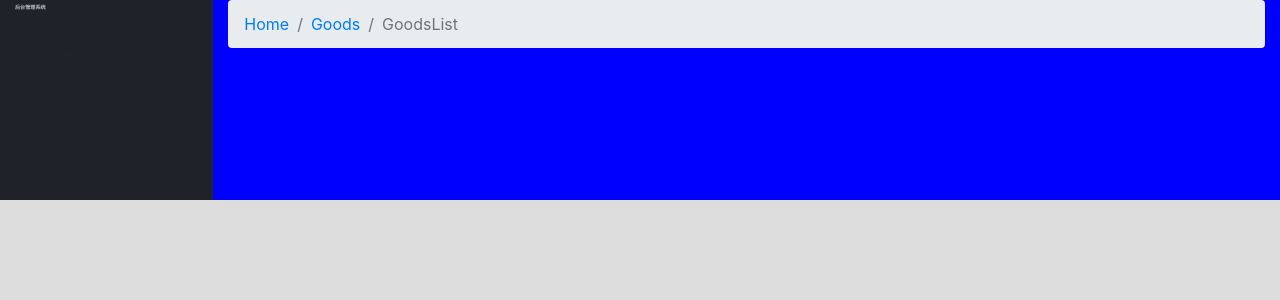
Repository: Rayfang0719/Vue-admin
Page: /admin/goods
The author's editor kept a copy of each file at every save. The page is drawn from the files as they stood at one save, then again after a run of saves.
The browser window is 1280 px wide. The pictures show the whole page.
The project was rebuilt for these pictures with package versions that can differ from the ones it lists, and the page was loaded fresh each time. Also part of the build but not shown: vue.config.js, src/pages/login.vue.

Above is the page before, as saved 2019-05-11 12:08:55.

After the next 2 saves:
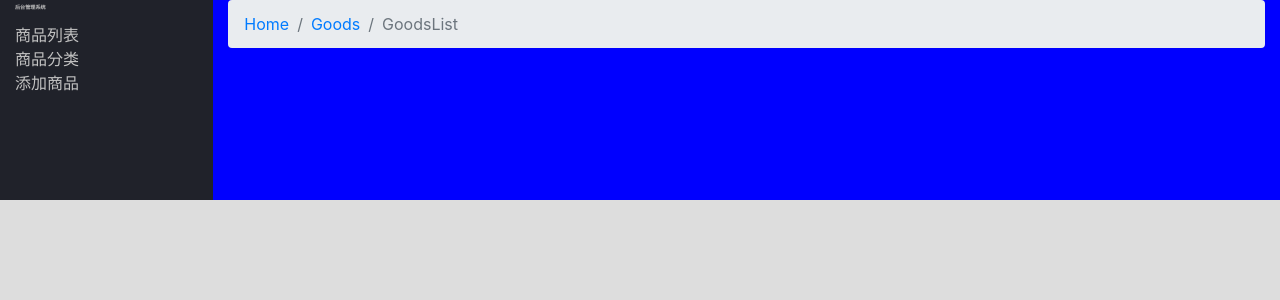
The 2 saves are shown as one change because they came seconds apart.
The last was saved 38 s later.
--- a/src/pages/admin/admin.vue
+++ b/src/pages/admin/admin.vue
@@ -35,11 +35,11 @@ export default {};
 <style lang="scss" scoped>
 .admin-aside {
   background-color: #20222a;
+      color:#C2C2C2;
   h2{
       height:.96rem;
      line-height: .96rem;
       font-size: .32rem;
-      color:#C2C2C2;
       font-weight: 800;
   }
 }
